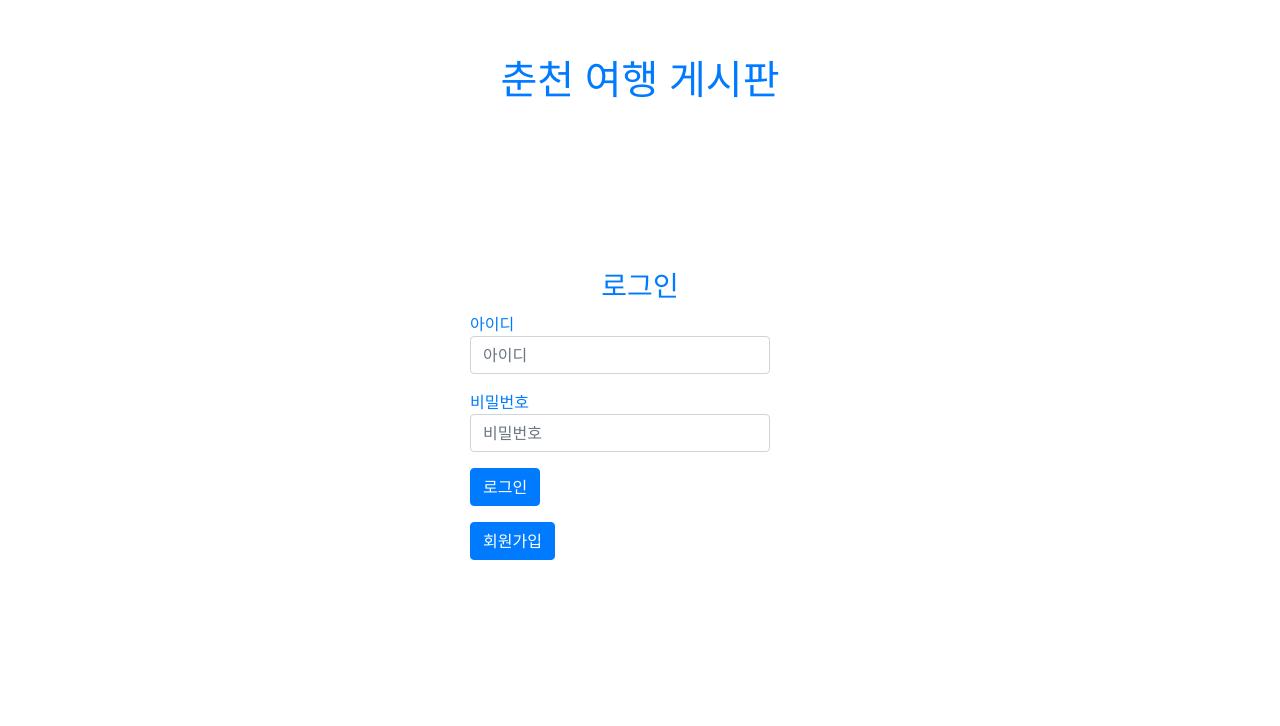
Repository: Seongjoo-Shin/webServer
Page: http://localhost/project/project/login.jsp
These files come from the project's save history. The page is drawn as it stood at one moment and after the next save; the edit follows.
The browser window is 1280 px wide. The pictures show the whole page.
The page is served by Tomcat 9.

Above is the page before, as saved 2021-06-14 05:34:32.

After the next save:
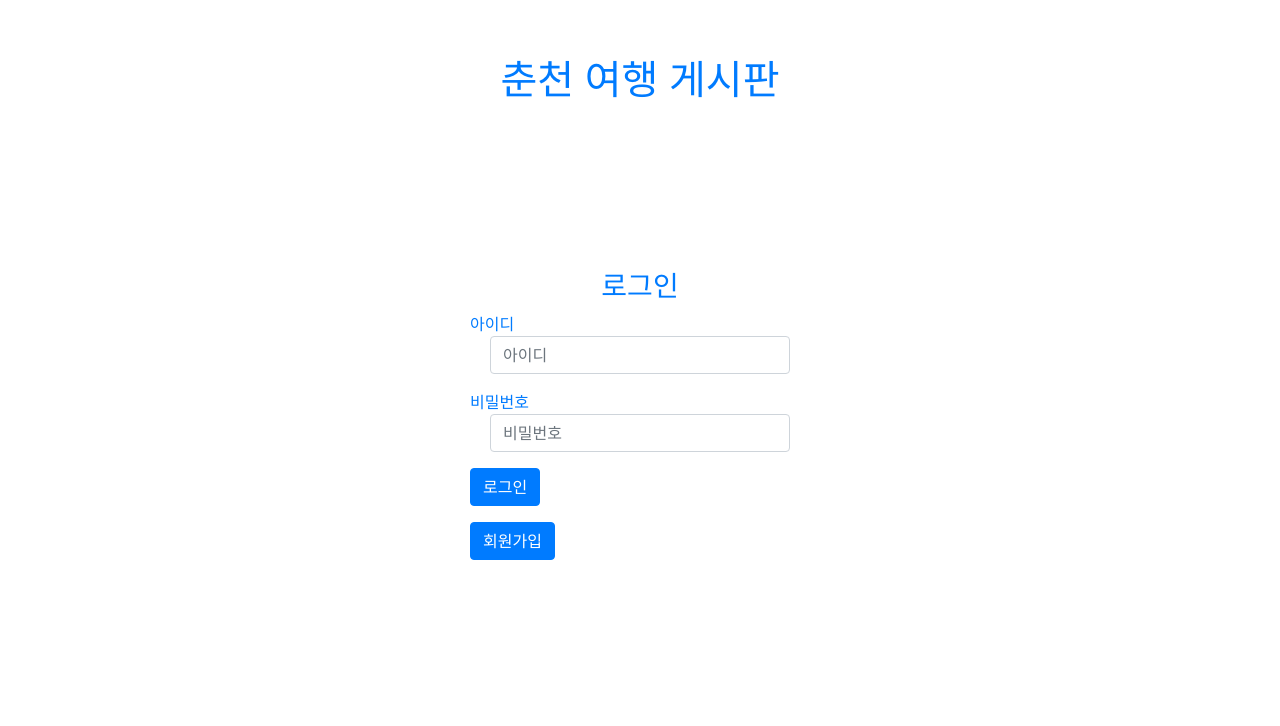
Saved 22 s later.
--- a/20165514_신성주_웹서버구축_프로젝트_소스코드/project/WebContent/project/login.jsp
+++ b/20165514_신성주_웹서버구축_프로젝트_소스코드/project/WebContent/project/login.jsp
@@ -13,8 +13,8 @@
 		<div class="col-sm-4" style="margin:15% auto; border=solid 1;">
 		<h3 class="text-center text-primary">로그인</h3>
 		<form method="post" action="login_process.jsp" style="margin:auto;">
-			<p class="text-primary">아이디<input type="text" name="user_id" class="form-control" placeholder="아이디" style="width:300px;"></p>
-			<p class="text-primary">비밀번호<input type="password" name="user_pwd" class="form-control" placeholder="비밀번호" style="width:300px;"></p>
+			<p class="text-primary">아이디<input type="text" name="user_id" class="form-control" placeholder="아이디" style="margin:auto; width:300px;"></p>
+			<p class="text-primary">비밀번호<input type="password" name="user_pwd" class="form-control" placeholder="비밀번호" style="margin:auto; width:300px;"></p>
 			<p><input type="submit" class="btn btn-primary" value="로그인"></p>
 			<p><a href="register.jsp" class="btn btn-primary">회원가입</a>
 		</form>
